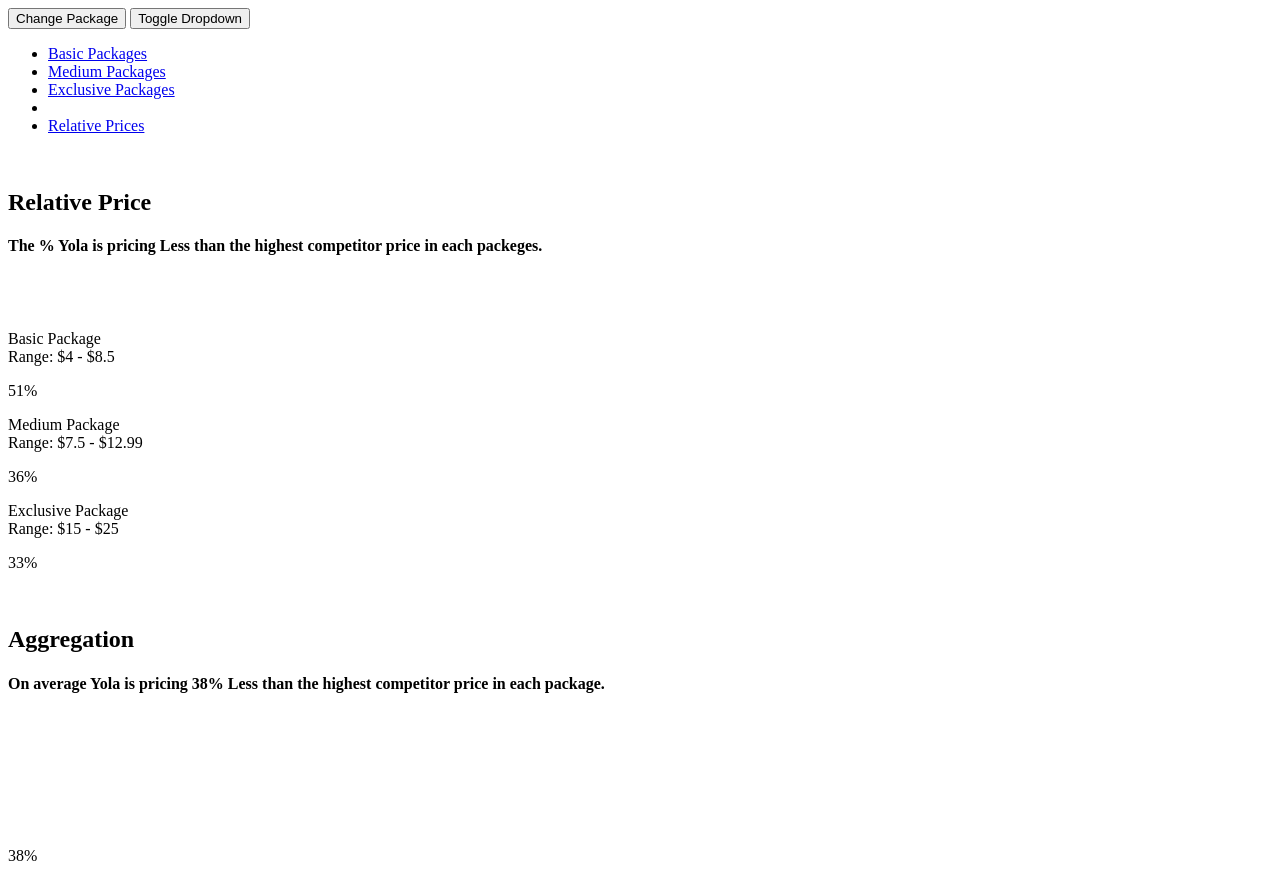
Repository: netaosman/Price-try-course
Page: prixceFrontEnd/src/main/webapp/Prixce_FrontEnd/HTML/Market/pricesPack/RelativePrices.html
An editor plug-in stored every save of this project. The page is shown before and after the next save, followed by the edit.
The browser window is 1280 px wide. The pictures show the whole page.

Above is the page before, as saved 2017-09-25 07:25:51.

### prixceFrontEnd/src/main/webapp/Prixce_FrontEnd/HTML/Market/pricesPack/RelativePrices.html
<div class="container-fluid">
	<div class="dropdown">
		<!-- Split button -->
		<div class="btn-group">
			<button type="button" class="btn btn-default">Change Package</button>
			<button type="button" class="btn btn-default dropdown-toggle"
				data-toggle="dropdown" aria-haspopup="true" aria-expanded="false">
				<span class="caret"></span> <span class="sr-only">Toggle
					Dropdown</span>
			</button>
			<ul class="dropdown-menu">
				<li><a href="#/BasicPackages">Basic Packages</a></li>
				<li><a href="#/MedPackages">Medium Packages</a></li>
				<li><a href="#/HighPackages">Exclusive Packages</a></li>
				<li role="separator" class="divider"></li>
				<li><a href="#/RelativePrices">Relative Prices</a></li>
			</ul>
		</div>
	</div>
	<br>
	<section class="row text-center placeholders">
		<h1 class="prices-title">Relative Price</h1>
		<h4 class="prices-title">The % Yola is pricing Less than the
			highest competitor price in each packeges.</h4>
		<br>
		<br>
		<br>
		<div class="col-xs-9 col-md-4 col-lg-4">
			<div class="panel panel-default-1">
				<div class="panel-heading">Basic Package</div>
				<div class="panel-title prices">Range: $4 - $8.5</div>
				<div class="panel-body">
					<div class="progress">
						<div class="progress-bar" role="progressbar" aria-valuenow="49"
							aria-valuemin="0" aria-valuemax="100"
							style="width: 49%; background-color: #fe9172;"></div>
						<p>51%</p>
					</div>
				</div>
			</div>
		</div>
		<div class="col-xs-9 col-md-4 col-lg-4">
			<div class="panel panel-default-1">
				<div class="panel-heading">Medium Package</div>
				<div class="panel-title prices">Range: $7.5 - $12.99</div>
				<div class="panel-body">
					<div class="progress">
						<div class="progress-bar" role="progressbar" aria-valuenow="64"
							aria-valuemin="0" aria-valuemax="100"
							style="width: 64%; background-color: #f16e80;"></div>
						<p>36%</p>
					</div>
				</div>
			</div>
		</div>
		<div class="col-xs-9 col-md-4 col-lg-4">
			<div class="panel panel-default-1">
			<div class="panel-heading">Exclusive Package</div>
			<div class="panel-title prices">Range: $15 - $25</div>
				<div class="panel-body">
					<div class="progress">
						<div class="progress-bar" role="progressbar" aria-valuenow="67"
							aria-valuemin="0" aria-valuemax="100"
							style="width: 67%; background-color: #d35393;"></div>
						<p>33%</p>
					</div>
				</div>
			</div>
		</div>
	</section>
	<br>
	<!-- aggrigation -->
	<section class="row text-center placeholders">
		<h1 class="prices-title">Aggregation</h1>
		<h4 class="prices-title">On average Yola is pricing 38% Less than
			the highest competitor price in each package.</h4>
		<br>
		<br>
		<br>
		<div class="col-xs-12 col-md-12">
			<div class="panel panel-default-1">
				<div class="panel-body" style="padding-top: 5%">
					<div id="aggregation" class="progress">
						<div id="aggregation-bar" class="progress-bar" role="progressbar "
							aria-valuenow="62 "
							aria-valuemin="0
                                        "
							aria-valuemax="100 "
							style="width: 62%; background-color: #a0478e"></div>
						<p>38%</p>
					</div>
				</div>
			</div>
		</div>
	</section>
</div>

After the next save:
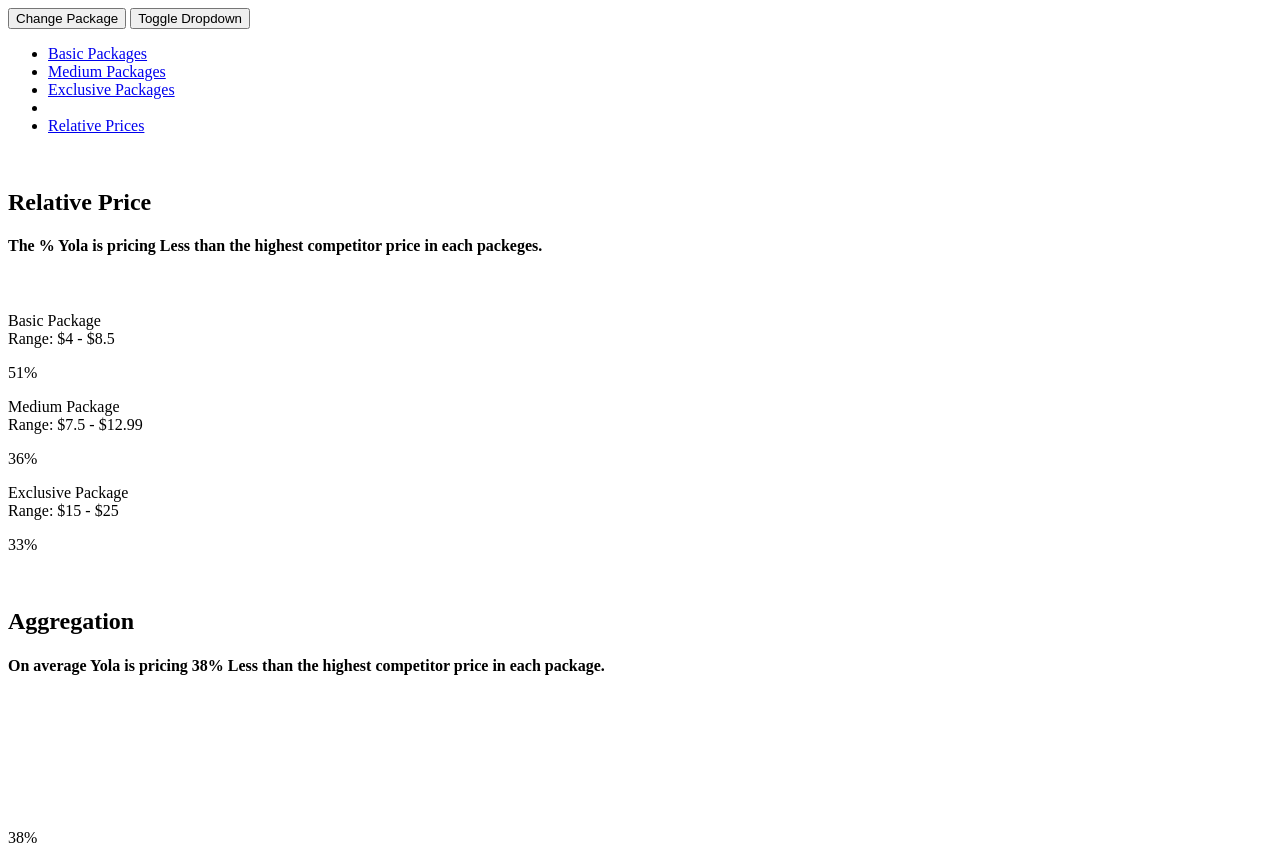
Saved 27 min 22 s later.
--- a/prixceFrontEnd/src/main/webapp/Prixce_FrontEnd/HTML/Market/pricesPack/RelativePrices.html
+++ b/prixceFrontEnd/src/main/webapp/Prixce_FrontEnd/HTML/Market/pricesPack/RelativePrices.html
@@ -19,12 +19,13 @@
 	</div>
 	<br>
 	<section class="row text-center placeholders">
-		<h1 class="prices-title">Relative Price</h1>
-		<h4 class="prices-title">The % Yola is pricing Less than the
-			highest competitor price in each packeges.</h4>
-		<br>
-		<br>
-		<br>
+		<div class="col-xs-12 col-md-12">
+			<h1 class="prices-title">Relative Price</h1>
+			<h4 class="prices-title">The % Yola is pricing Less than the
+				highest competitor price in each packeges.</h4>
+			<br>
+			<br>
+		</div>
 		<div class="col-xs-9 col-md-4 col-lg-4">
 			<div class="panel panel-default-1">
 				<div class="panel-heading">Basic Package</div>
@@ -55,8 +56,8 @@
 		</div>
 		<div class="col-xs-9 col-md-4 col-lg-4">
 			<div class="panel panel-default-1">
-			<div class="panel-heading">Exclusive Package</div>
-			<div class="panel-title prices">Range: $15 - $25</div>
+				<div class="panel-heading">Exclusive Package</div>
+				<div class="panel-title prices">Range: $15 - $25</div>
 				<div class="panel-body">
 					<div class="progress">
 						<div class="progress-bar" role="progressbar" aria-valuenow="67"
@@ -74,9 +75,7 @@
 		<h1 class="prices-title">Aggregation</h1>
 		<h4 class="prices-title">On average Yola is pricing 38% Less than
 			the highest competitor price in each package.</h4>
-		<br>
-		<br>
-		<br>
+		<br> <br> <br>
 		<div class="col-xs-12 col-md-12">
 			<div class="panel panel-default-1">
 				<div class="panel-body" style="padding-top: 5%">
